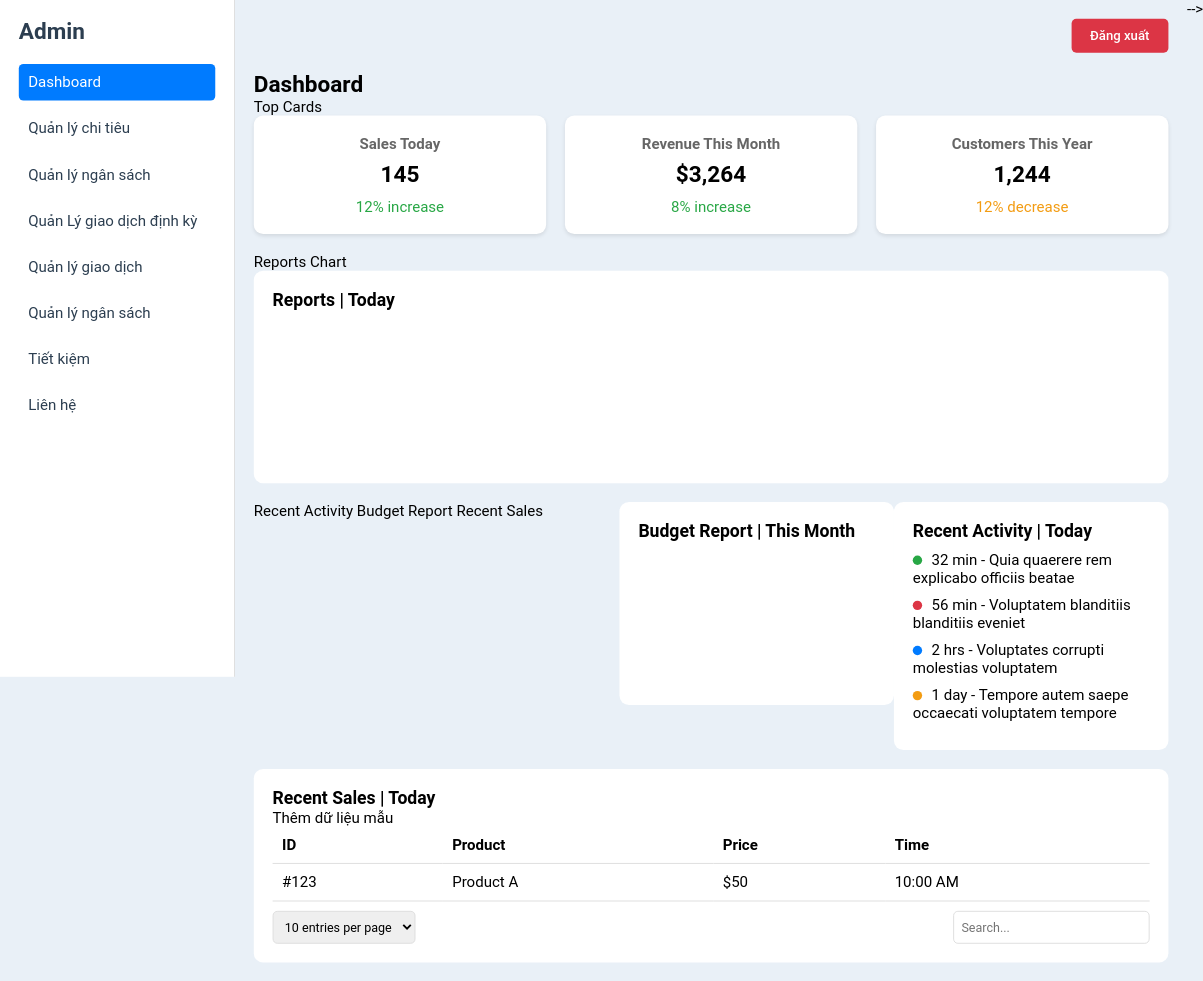
Repository: PhanVanHoa051204/Project3
Page: http://localhost/Project3/dashboard.jsp
An editor plug-in stored every save of this project. The page is shown before and after the next save, followed by the edit.
The browser window is 1280 px wide. The pictures show the whole page, at 94% of full size.
The page is served by Tomcat 9. Other server files are loaded and not shown.

Above is the page before, as saved 2025-03-12 14:04:56.
Console error: ReferenceError: Chart is not defined

### PhanVanHoa_2210900023_K22CNT1/Project3/src/main/webapp/dashboard.jsp
<%@ page language="java" contentType="text/html; charset=UTF-8"
	pageEncoding="UTF-8"%>
<!DOCTYPE html>
<html lang="en">
<head>
<meta charset="UTF-8">
<meta name="viewport" content="width=device-width, initial-scale=1.0">
<title>Admin</title>
<link rel="stylesheet" href="style.css">

</head>
<body>
	<div class="container">
		<!-- Sidebar -->
		<div class="sidebar">
			<div class="logo">Admin</div>
			<ul>
				<li class="active"><a href="#">Dashboard</a></li>
				<li><a href="#">Quản lý chi tiêu</a></li>
				<li><a href="#">Quản lý ngân sách</a></li>
				<li><a href="#">Quản Lý giao dịch định kỳ</a></li>
				<li><a href="#">Quản lý giao dịch</a></li>
				<li><a href="#">Quản lý ngân sách</a></li>
				<li><a href="#">Tiết kiệm</a></li>
				<li><a href="#">Liên hệ</a></li>

			</ul>
		</div>

		<!-- Main Content -->
		<div class="main-content">
			<header>
				 <div class="">
					<!-- <input type="" placeholder=""> -->
				</div>
				<div class="submit-section">
					<a href="login.jsp" class="logout-btn">Đăng xuất</a>
				</div>
			</header>

			<!-- <!-- Dashboard Content -->
			<div class="dashboard-content">
				<h2>Dashboard</h2>

				Top Cards
				<div class="cards">
					<div class="card">
						<h3>Sales Today</h3>
						<p>145</p>
						<span class="increase">12% increase</span>
					</div>
					<div class="card">
						<h3>Revenue This Month</h3>
						<p>$3,264</p>
						<span class="increase">8% increase</span>
					</div>
					<div class="card">
						<h3>Customers This Year</h3>
						<p>1,244</p>
						<span class="decrease">12% decrease</span>
					</div>
				</div>

				Reports Chart
				<div class="chart-section">
					<h3>Reports | Today</h3>
					<canvas id="reportsChart"></canvas>
				</div>

				Recent Activity
				<div class="recent-activity">
					<h3>Recent Activity | Today</h3>
					<ul>
						<li><span class="dot green"></span>32 min - Quia quaerere rem
							explicabo officiis beatae</li>
						<li><span class="dot red"></span>56 min - Voluptatem
							blanditiis blanditiis eveniet</li>
						<li><span class="dot blue"></span>2 hrs - Voluptates corrupti
							molestias voluptatem</li>
						<li><span class="dot yellow"></span>1 day - Tempore autem
							saepe occaecati voluptatem tempore</li>
					</ul>
				</div>

				Budget Report
				<div class="budget-report">
					<h3>Budget Report | This Month</h3>
					<canvas id="budgetChart"></canvas>
				</div>

				Recent Sales
				<div class="recent-sales">
					<h3>Recent Sales | Today</h3>
					<table>
						<thead>
							<tr>
								<th>ID</th>
								<th>Product</th>
								<th>Price</th>
								<th>Time</th>
							</tr>
						</thead>
						<tbody>
							<tr>
								<td>#123</td>
								<td>Product A</td>
								<td>$50</td>
								<td>10:00 AM</td>
							</tr>
							Thêm dữ liệu mẫu
						</tbody>
					</table>
					<div class="table-footer">
						<select>
							<option>10 entries per page</option>
						</select> <input type="text" placeholder="Search...">
					</div>
				</div>
			</div>
		</div> -->
	</div>

	<!-- JavaScript để vẽ biểu đồ -->
	<script>
		// Reports Chart
		const ctx1 = document.getElementById('reportsChart').getContext('2d');
		new Chart(ctx1, {
			type : 'line',
			data : {
				labels : [ '00:00', '01:00', '02:00', '03:00', '04:00',
						'05:00', '06:00' ],
				datasets : [ {
					label : 'Sales',
					data : [ 20, 40, 30, 60, 50, 40, 30 ],
					borderColor : '#007BFF',
					fill : false
				}, {
					label : 'Revenue',
					data : [ 10, 30, 50, 40, 30, 20, 10 ],
					borderColor : '#28A745',
					fill : false
				}, {
					label : 'Customers',
					data : [ 30, 20, 25, 35, 20, 15, 10 ],
					borderColor : '#F39C12',
					fill : false
				} ]
			},
			options : {
				scales : {
					y : {
						beginAtZero : true
					}
				}
			}
		});

		// Budget Chart (Radar)
		const ctx2 = document.getElementById('budgetChart').getContext('2d');
		new Chart(ctx2, {
			type : 'radar',
			data : {
				labels : [ 'Administration', 'Marketing', 'Development',
						'on Technology' ],
				datasets : [ {
					label : 'Allocated Budget',
					data : [ 65, 59, 90, 81 ],
					backgroundColor : 'rgba(0, 123, 255, 0.2)',
					borderColor : '#007BFF'
				}, {
					label : 'Actual Spending',
					data : [ 28, 48, 40, 19 ],
					backgroundColor : 'rgba(40, 167, 69, 0.2)',
					borderColor : '#28A745'
				} ]
			}
		});
	</script>
</body>
</html>

### PhanVanHoa_2210900023_K22CNT1/Project3/src/main/webapp/style.css
* {
    margin: 0;
    padding: 0;
    box-sizing: border-box;
    font-family: 'Roboto', sans-serif;
}

body {
    background-color: #E9F0F7;
}

.container {
    display: flex;
}

/* Sidebar */
.sidebar {
    width: 250px;
    background-color: #fff;
    padding: 20px;
    height: 100vh;
    border-right: 1px solid #ddd;
}

.logo {
    font-size: 24px;
    font-weight: bold;
    color: #2C3E50;
    margin-bottom: 20px;
}

.sidebar ul {
    list-style: none;
}

.sidebar ul li {
    margin: 10px 0;
}

.sidebar ul li a {
    text-decoration: none;
    color: #2C3E50;
    display: block;
    padding: 10px;
    border-radius: 5px;
}

.sidebar ul li.active a {
    background-color: #007BFF;
    color: #fff;
}

/* Main Content */
.main-content {
    flex: 1;
    padding: 20px;
}

header {
    display: flex;
    justify-content: space-between;
    align-items: center;
    margin-bottom: 20px;
}

.submit-section {
    display: flex;
    align-items: center;
}

/* Định dạng nút Đăng xuất */
.logout-btn {
    text-decoration: none;
    color: #fff;
    background-color: #DC3545; /* Màu đỏ cho nút Đăng xuất */
    padding: 10px 20px;
    border-radius: 5px;
    transition: background-color 0.3s;
    font-size: 14px;
    font-weight: 500;
    display: inline-block;
}

.logout-btn:hover {
    background-color: #C82333; /* Màu đỏ đậm hơn khi hover */
}

.logout-btn:focus {
    outline: none;
    box-shadow: 0 0 5px rgba(220, 53, 69, 0.5);
}

.search-bar input {
    padding: 8px;
    border: 1px solid #ddd;
    border-radius: 5px;
    width: 300px;
}

.user-info {
    display: flex;
    align-items: center;
}

.user-info span {
    margin-right: 10px;
}

.avatar {
    width: 40px;
    height: 40px;
    border-radius: 50%;
}

/* Cards */
.cards {
    display: flex;
    gap: 20px;
    margin-bottom: 20px;
}

.card {
    background-color: #fff;
    padding: 20px;
    border-radius: 10px;
    flex: 1;
    text-align: center;
    box-shadow: 0 2px 5px rgba(0, 0, 0, 0.1);
}

.card h3 {
    font-size: 16px;
    color: #666;
}

.card p {
    font-size: 24px;
    font-weight: bold;
    margin: 10px 0;
}

.increase {
    color: #28A745;
}

.decrease {
    color: #F39C12;
}

/* Chart Section */
.chart-section {
    background-color: #fff;
    padding: 20px;
    border-radius: 10px;
    margin-bottom: 20px;
}

.chart-section h3 {
    margin-bottom: 10px;
}

/* Recent Activity */
.recent-activity {
    background-color: #fff;
    padding: 20px;
    border-radius: 10px;
    margin-bottom: 20px;
    width: 30%;
    float: right;
}

.recent-activity ul {
    list-style: none;
}

.recent-activity li {
    margin: 10px 0;
}

.dot {
    display: inline-block;
    width: 10px;
    height: 10px;
    border-radius: 50%;
    margin-right: 10px;
}

.green { background-color: #28A745; }
.red { background-color: #DC3545; }
.blue { background-color: #007BFF; }
.yellow { background-color: #F39C12; }

/* Budget Report */
.budget-report {
    background-color: #fff;
    padding: 20px;
    border-radius: 10px;
    width: 30%;
    float: right;
    margin-bottom: 20px;
}

/* Recent Sales */
.recent-sales {
    background-color: #fff;
    padding: 20px;
    border-radius: 10px;
    clear: both;
}

.recent-sales table {
    width: 100%;
    border-collapse: collapse;
}

.recent-sales th, .recent-sales td {
    padding: 10px;
    text-align: left;
    border-bottom: 1px solid #ddd;
}

.table-footer {
    display: flex;
    justify-content: space-between;
    margin-top: 10px;
}

.table-footer select, .table-footer input {
    padding: 8px;
    border: 1px solid #ddd;
    border-radius: 5px;
}

After the next save:
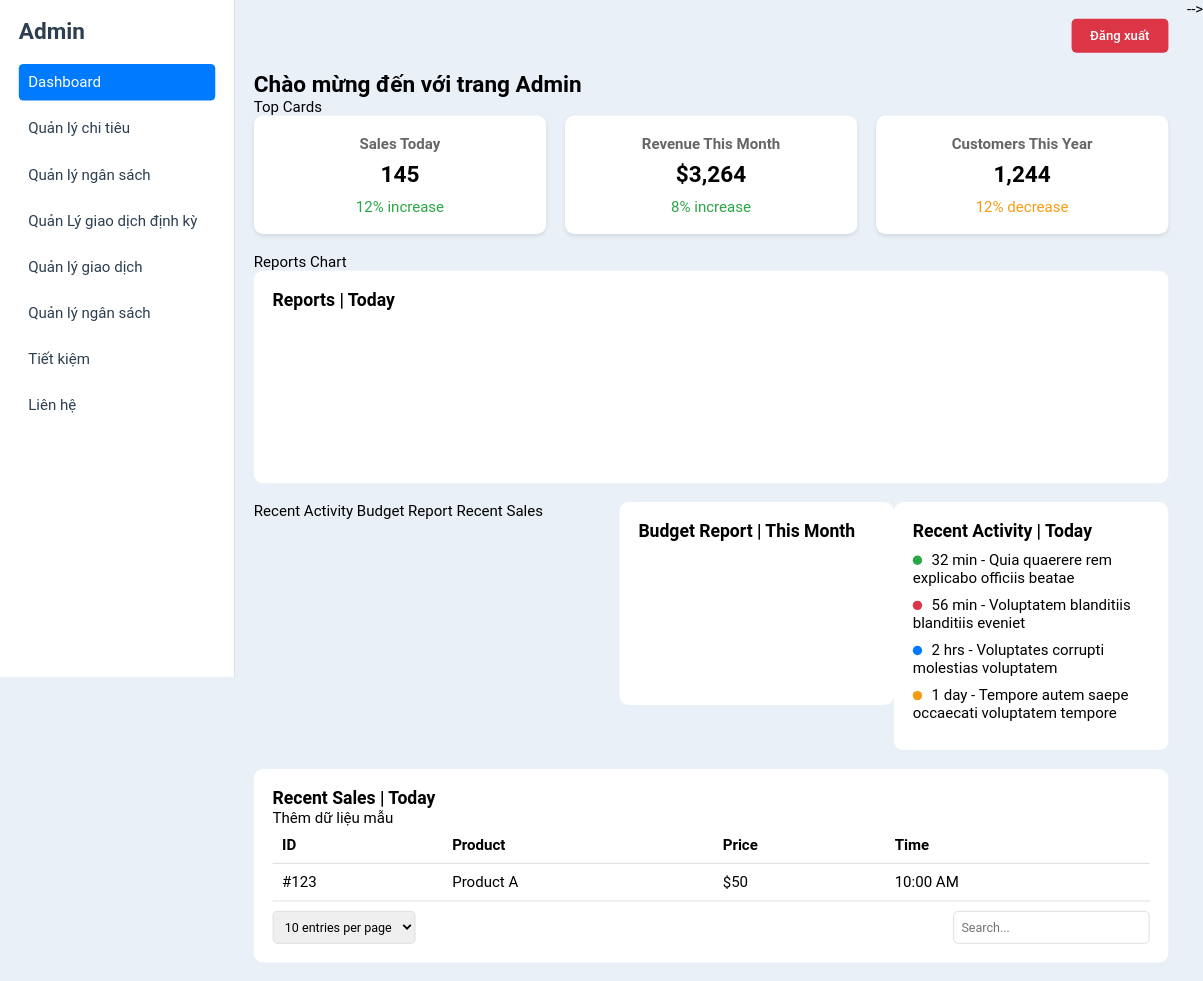
Saved 31 s later.
--- a/PhanVanHoa_2210900023_K22CNT1/Project3/src/main/webapp/dashboard.jsp
+++ b/PhanVanHoa_2210900023_K22CNT1/Project3/src/main/webapp/dashboard.jsp
@@ -40,7 +40,7 @@
 
 			<!-- <!-- Dashboard Content -->
 			<div class="dashboard-content">
-				<h2>Dashboard</h2>
+				<h2>Chào mừng đến với trang Admin</h2>
 
 				Top Cards
 				<div class="cards">

After the save that followed:
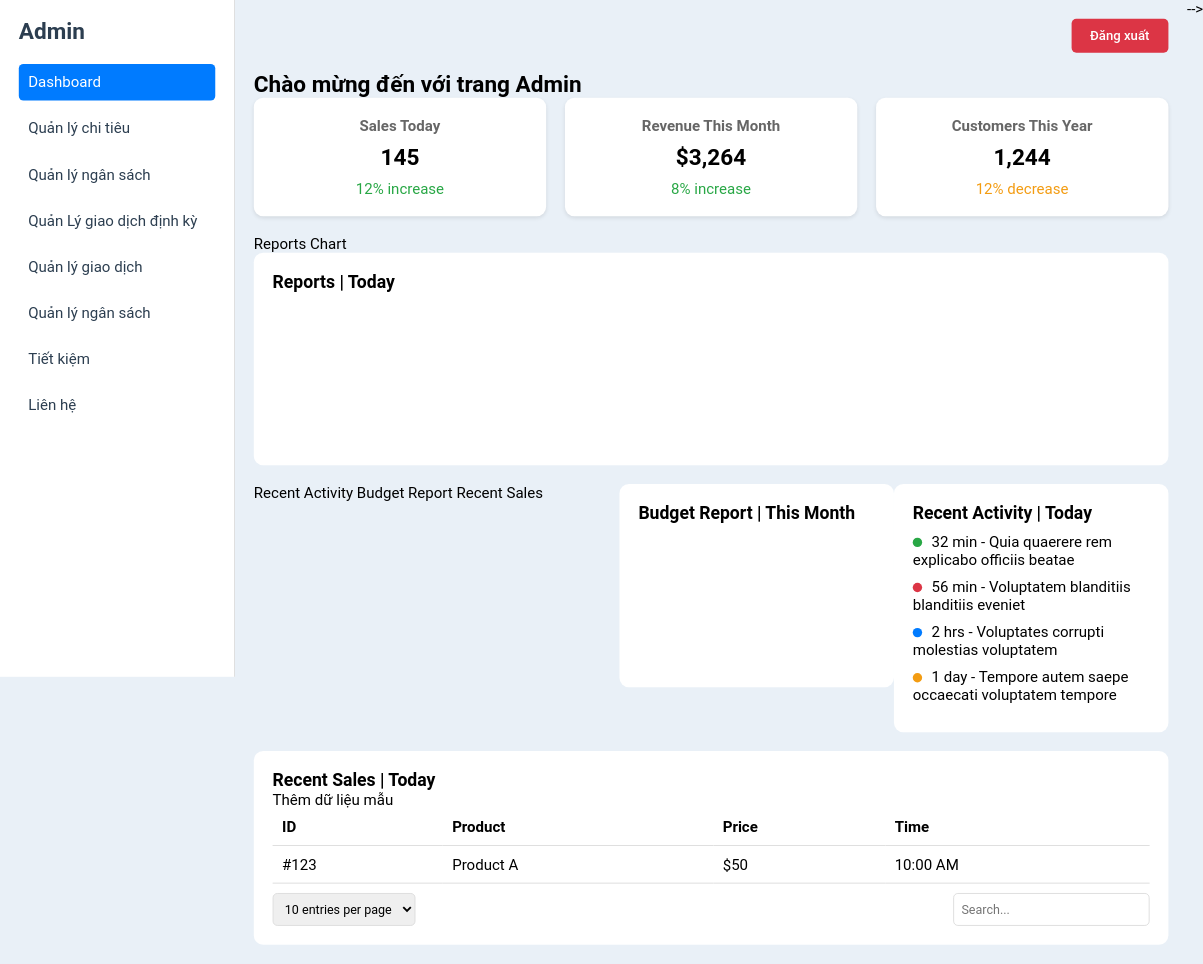
Saved 23 s later.
--- a/PhanVanHoa_2210900023_K22CNT1/Project3/src/main/webapp/dashboard.jsp
+++ b/PhanVanHoa_2210900023_K22CNT1/Project3/src/main/webapp/dashboard.jsp
@@ -42,7 +42,7 @@
 			<div class="dashboard-content">
 				<h2>Chào mừng đến với trang Admin</h2>
 
-				Top Cards
+
 				<div class="cards">
 					<div class="card">
 						<h3>Sales Today</h3>
